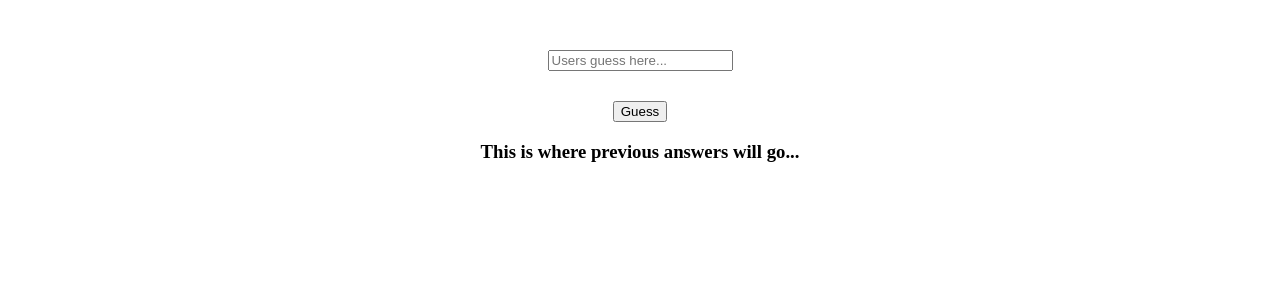
Repository: BAAMOSK/hotandcold
Page: /
The author's editor kept a copy of each file at every save. The page is drawn from the files as they stood at one save, then again after the next save.
The browser window is 1280 px wide. The pictures show the whole page.
The project was rebuilt for these pictures with package versions that can differ from the ones it lists, and the page was loaded fresh each time.

Above is the page before, as saved 2017-05-16 03:35:29.

### src/index.js
import React from 'react';
import ReactDOM from 'react-dom';
import Game from './components/game';


ReactDOM.render(<Game />, document.getElementById('root'));

### src/components/game.js
//This is the high level component
import React from 'react';
//guess is the user input
import Guess from './guess';
//response is the aggregate answers
import Response from './response';
import './game.css';

export default function Game() {
  return (
    <div className="game">
      <Guess />
      <Response />
    </div>
  );
}

### src/components/guess.js
import React from 'react';
import './guess.css';

const guess = 'Users guess here...'
export default function Guess(props) {
  return (
    <div>
      <input type="textarea" placeholder={guess}/>
      <br />
      <button>Guess</button>
    </div>
  );
};

### src/components/response.js
import React from 'react';

const answer = 'This is where previous answers will go...'

export default function Response() {
  return (
    <h3>
      {answer}
    </h3>
  );
};

### src/components/game.css
.game {
  text-align: center;
  margin-top: 50px;
}

### src/components/guess.css
button {
  margin-top: 30px;
}

### src/index.css
body {
  margin: 0;
  padding: 0;
  font-family: sans-serif;
  border: 2px solid black;
}

Loaded but not shown: public/index.html (common file)

After the next save:
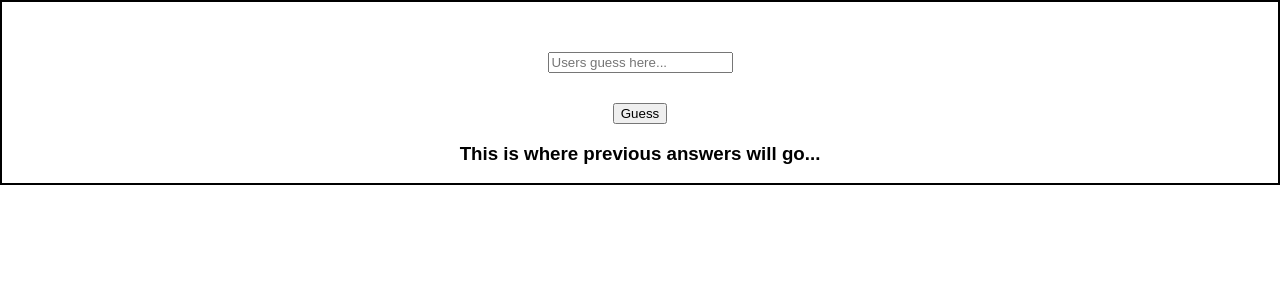
Saved 17 s later.
--- a/src/index.js
+++ b/src/index.js
@@ -1,6 +1,6 @@
 import React from 'react';
 import ReactDOM from 'react-dom';
 import Game from './components/game';
-
+import './index.css'
 
 ReactDOM.render(<Game />, document.getElementById('root'));
